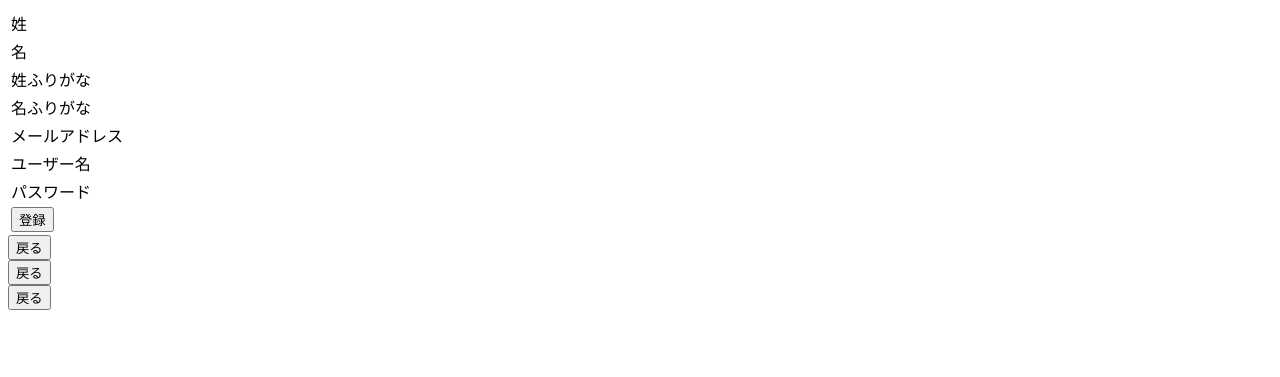
Repository: ryuhei0204/test
Page: http://localhost/Mytest/createConfirm.jsp
An editor plug-in stored every save of this project. The page is shown before and after the next save, followed by the edit.
The browser window is 1280 px wide. The pictures show the whole page.
The page is served by Tomcat 9.

Above is the page before, as saved 2019-06-25 05:30:05.

After the next save:
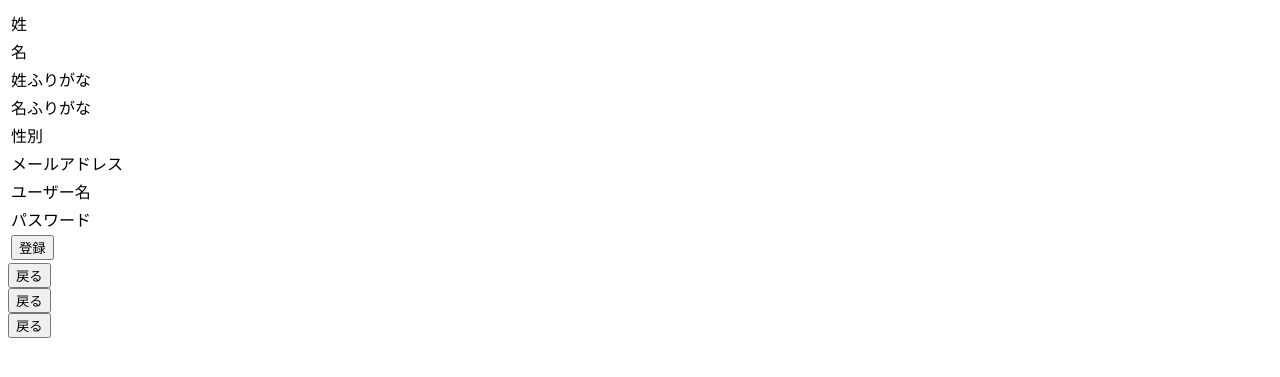
Saved 3 min 57 s later.
--- a/Mytest/WebContent/createConfirm.jsp
+++ b/Mytest/WebContent/createConfirm.jsp
@@ -32,6 +32,10 @@
    </tr>
 
    <tr>
+      <td><label>性別</label></td>
+      <td><s:if test = 'seibetu == 0'>男性</s:if><s:elseif test = 'seibetu == 1'>女性</s:elseif>
+
+   <tr>
       <td><label>メールアドレス</label></td>
       <td><s:property value ="mail"/><s:hidden name ="mail" value ="%{mail}"/></td>
    </tr>
